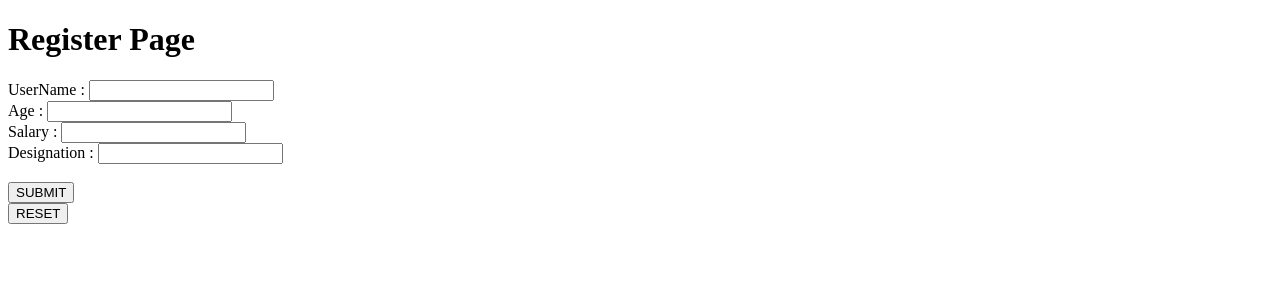
Repository: jayaprakash1250/SpringBootProjects
Page: springWebProject/src/main/webapp/register.html
An editor plug-in stored every save of this project. The page is shown before and after the next save, followed by the edit.
The browser window is 1280 px wide. The pictures show the whole page.

Above is the page before, as saved 2022-05-31 12:41:50.

### springWebProject/src/main/webapp/register.html
<!DOCTYPE html>
<html>

<head>
 <title> Register </title>
</head>

<body>
<h1> Register Page </h1>
<form action = "registerEmp">

 UserName : <input type = "text" name = "name"/><br/>
 Age : <input type = "number" name = "age"/><br/>
 Salary : <input type = "number" name = "salary"/><br/>
 Designation : <input type = "text" name = "designation"/><br/><br/>

 <input type = "submit" value = "SUBMIT"/><br/>
 <input type = "reset" value = "RESET"/>


</form>

After the next save:
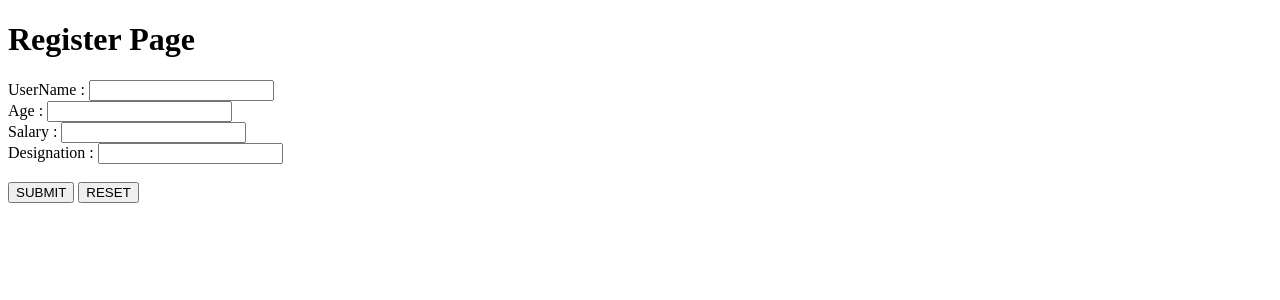
Saved 35 s later.
--- a/springWebProject/src/main/webapp/register.html
+++ b/springWebProject/src/main/webapp/register.html
@@ -14,7 +14,7 @@
  Salary : <input type = "number" name = "salary"/><br/>
  Designation : <input type = "text" name = "designation"/><br/><br/>
 
- <input type = "submit" value = "SUBMIT"/><br/>
+ <input type = "submit" value = "SUBMIT"/>
  <input type = "reset" value = "RESET"/>
 
 
